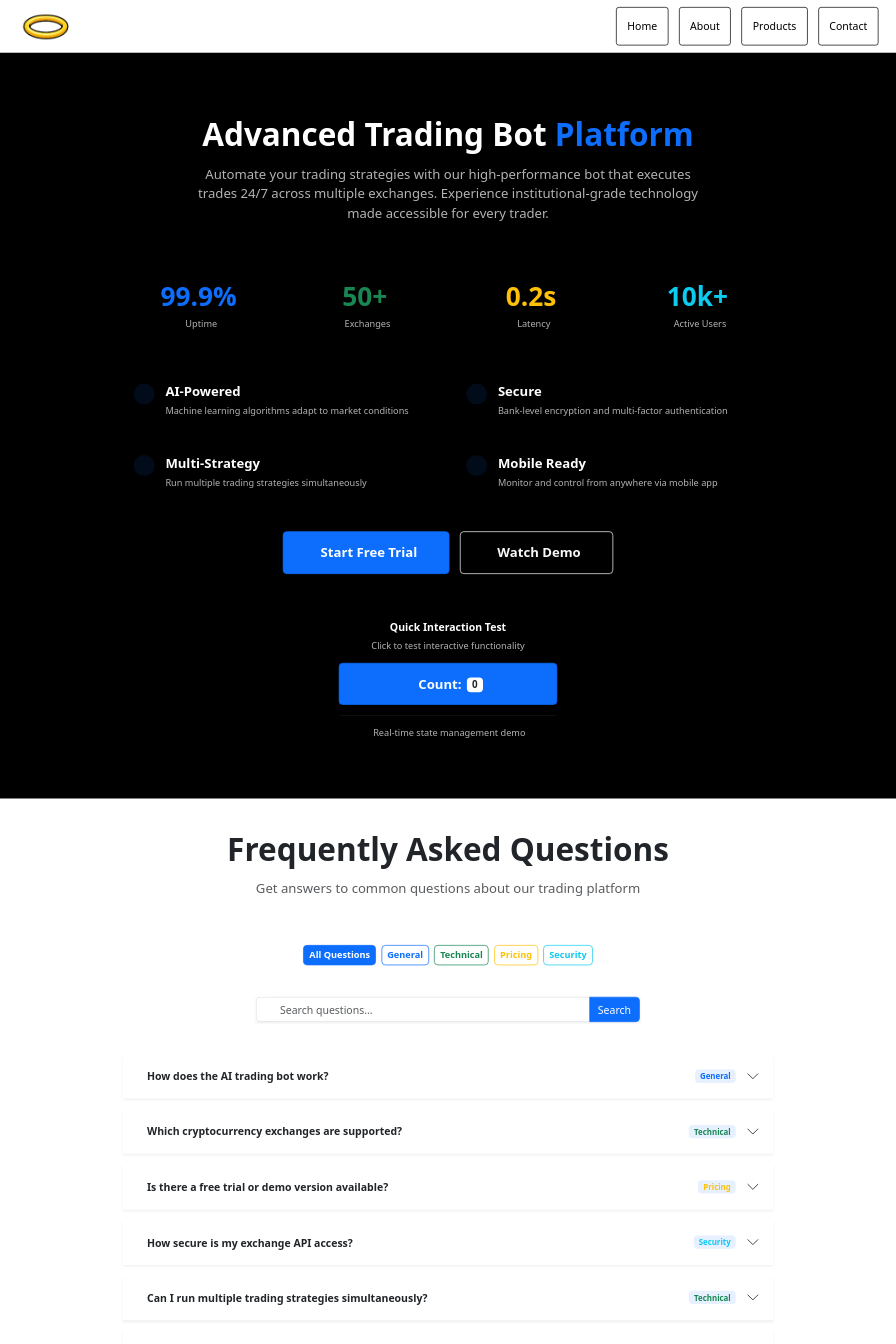
Repository: Kevin-Pro-Codes/halo-trading
Page: /
These files come from the project's save history. The page is drawn as it stood at one moment and after the next save; the edit follows.
The browser window is 1280 px wide. The pictures show the part of the page from y = 0 to 1920 px (the page is 19738 px tall before and 19878 px after), at 70% of full size.
The page's requests for data from a server got no answer. The project was rebuilt for these pictures with package versions that can differ from the ones it lists, and the page was loaded fresh each time. Some packages were replaced by stand-ins written for this rebuild. No one was signed in, and anything a server would have sent is missing. Also part of the build but not shown: vite.config.js, src/styles/DocStyle.css, src/styles/PricingStyle.css.

Above is the page before, as saved 2025-12-09 19:58:14.

After the next save:
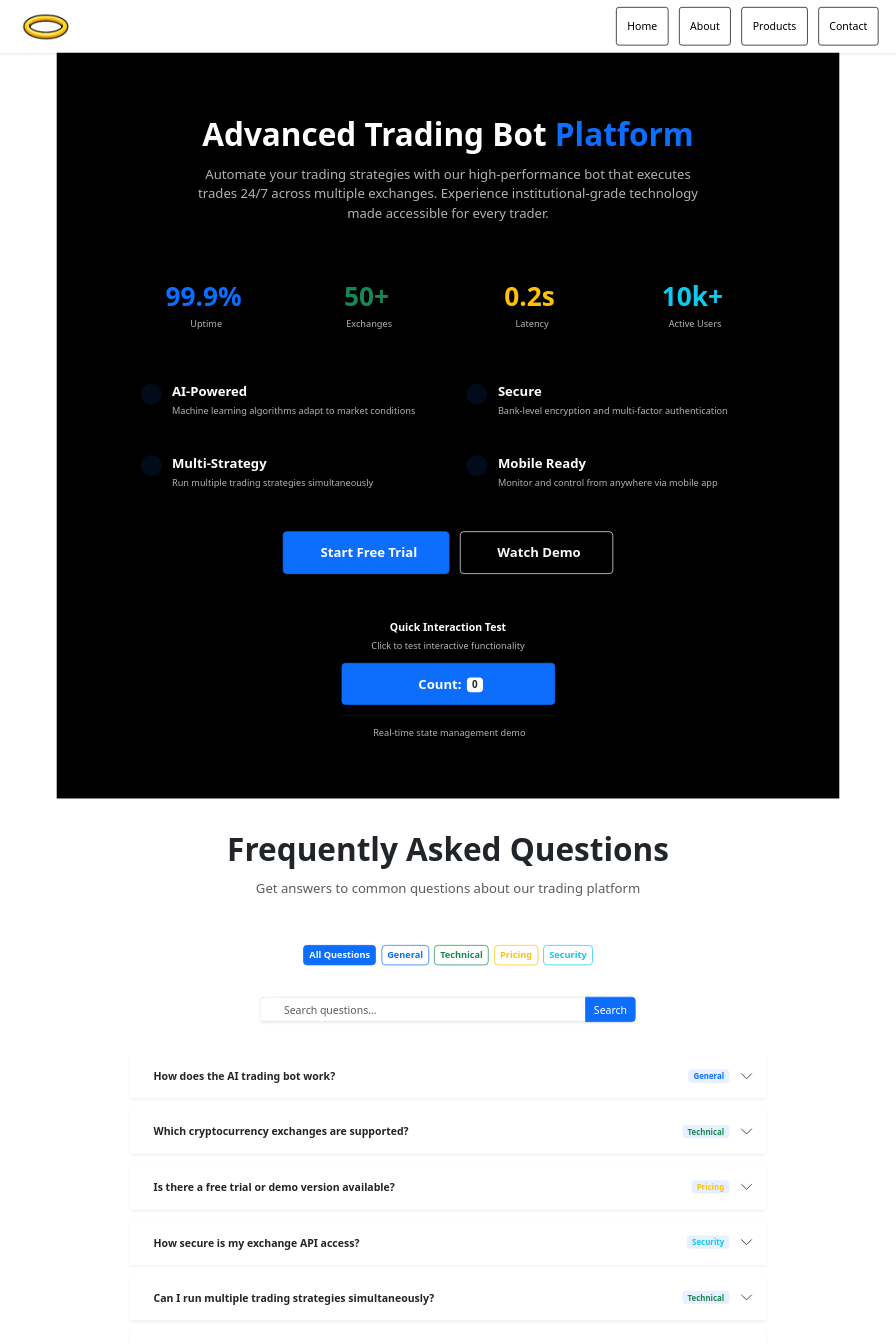
Saved 2 min 13 s later.
--- a/src/App.jsx
+++ b/src/App.jsx
@@ -65,7 +65,7 @@
   {/* <div className="app-container" style={{ zoom: 3 }}> */}
 
   return (
-    <div className="app-container">
+    <div className="container">
 
       {/* Navbar */}
 <Navbar showHamburger={showHamburger} menuOpen={menuOpen} setMenuOpen={setMenuOpen} />

After the save that followed:
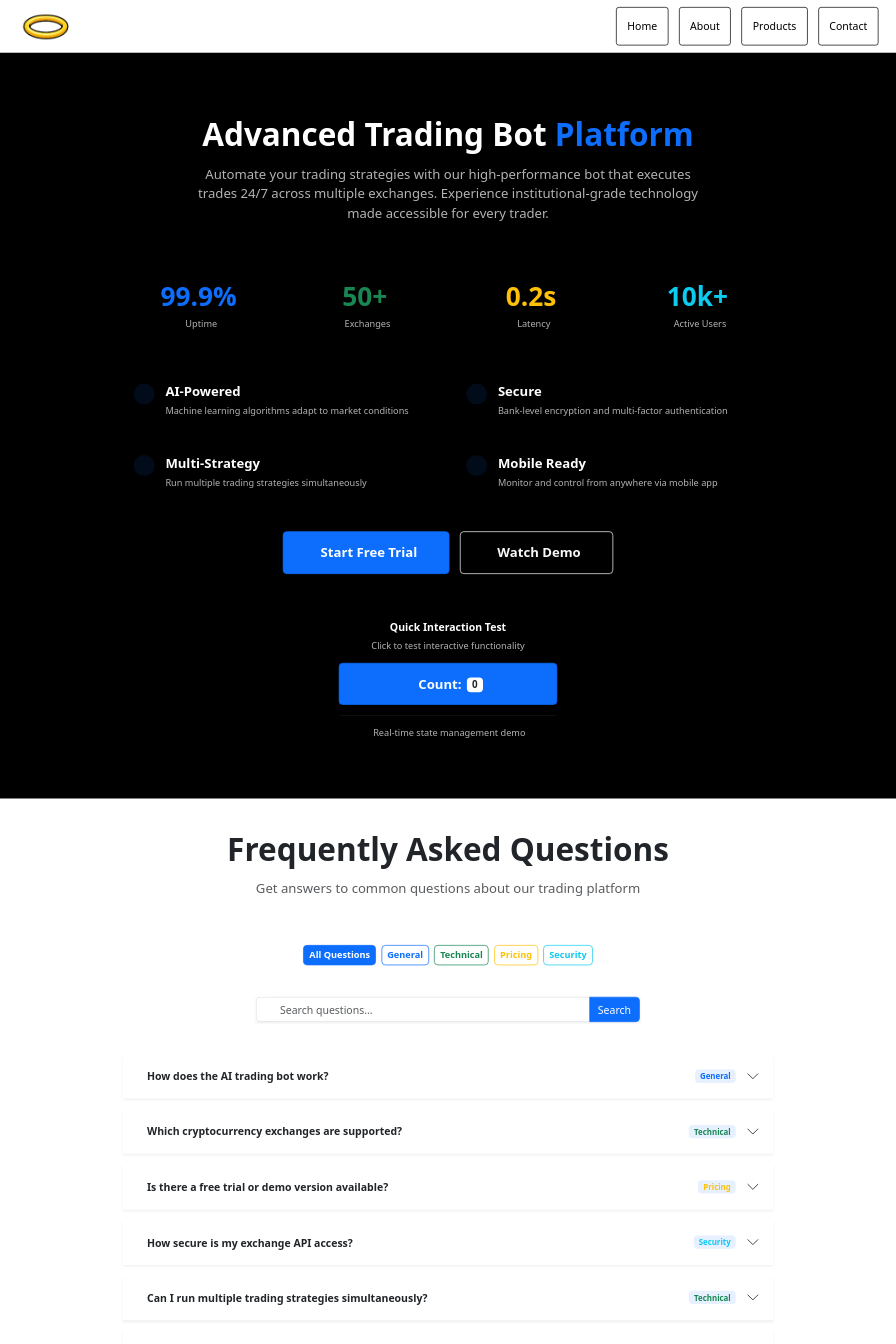
Saved 5 s later.
--- a/src/App.jsx
+++ b/src/App.jsx
@@ -65,7 +65,7 @@
   {/* <div className="app-container" style={{ zoom: 3 }}> */}
 
   return (
-    <div className="container">
+    <div className="app-container">
 
       {/* Navbar */}
 <Navbar showHamburger={showHamburger} menuOpen={menuOpen} setMenuOpen={setMenuOpen} />
